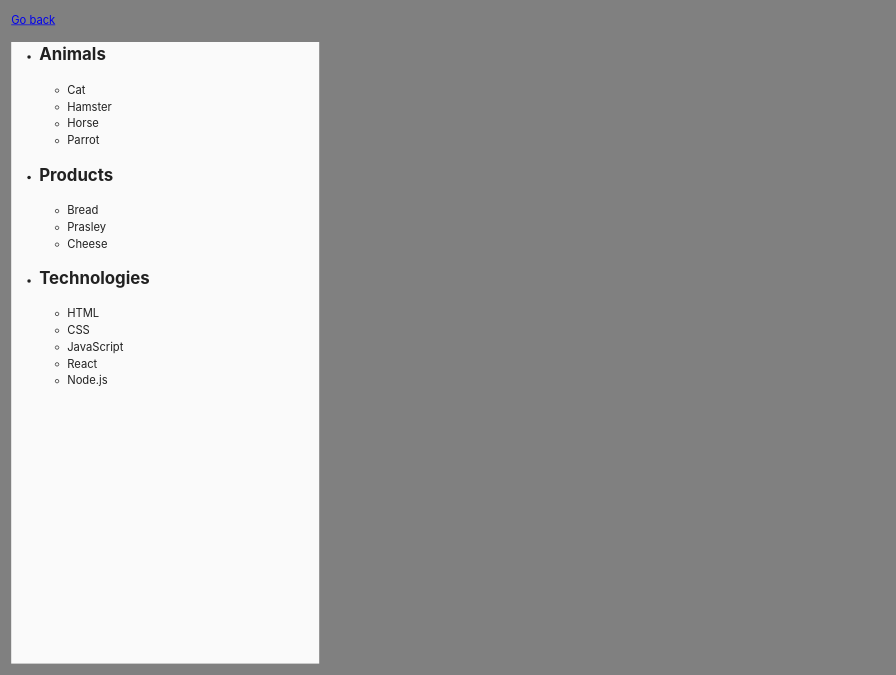
Repository: ViacheslavParfenenko/goit-js-hw-07
Page: task-1.html
An editor plug-in stored every save of this project. The page is shown before and after the next save, followed by the edit.
The browser window is 1280 px wide. The pictures show the part of the page from y = 0 to 1920 px (the page is 964 px tall before and 2764 px after), at 70% of full size.

Above is the page before, as saved 2024-07-09 16:51:40.

After the next save:
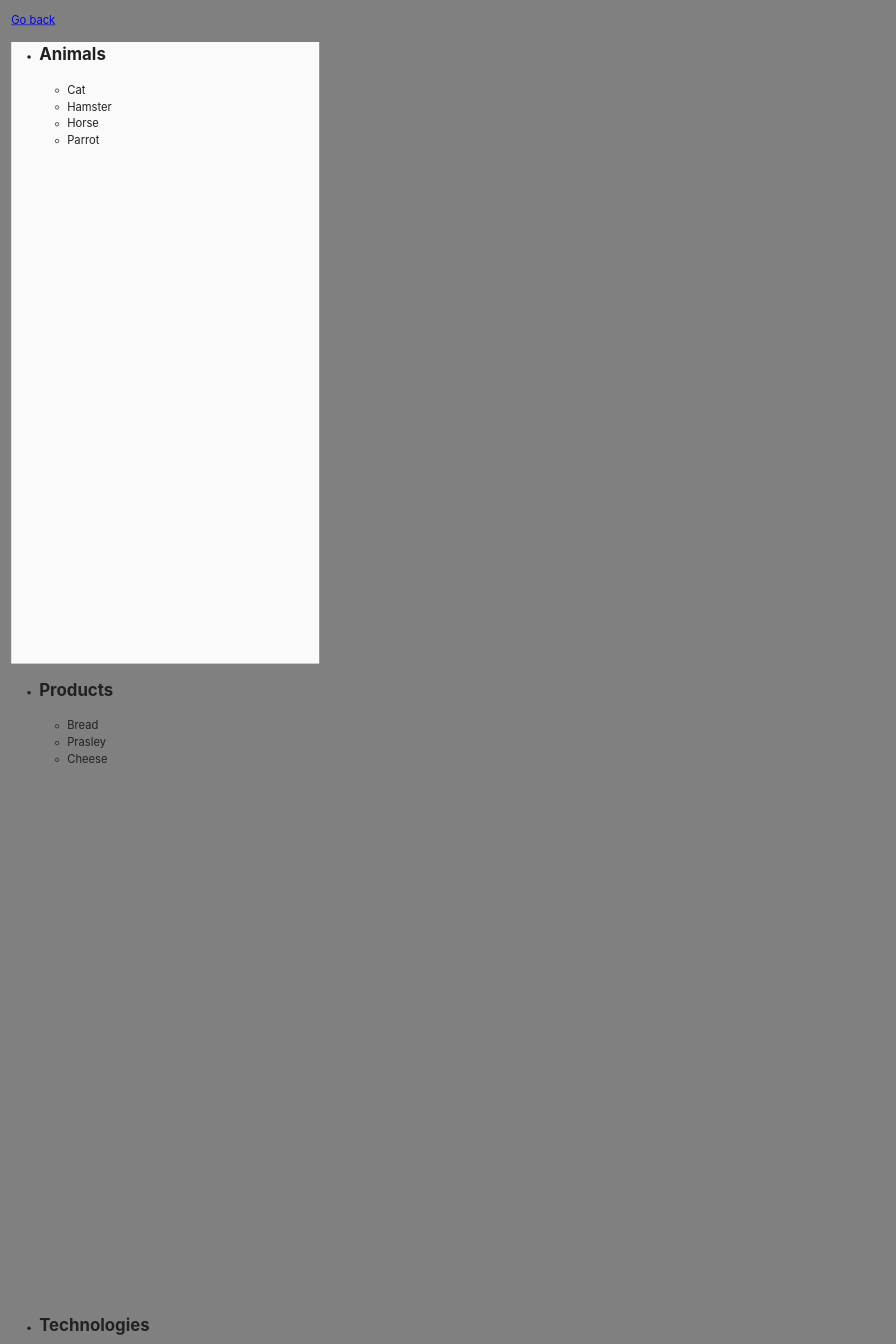
Saved 51 s later.
--- a/css/common.css
+++ b/css/common.css
@@ -22,5 +22,7 @@
 }
 
 .item {
-
+  flex: auto;
+   width: 392;
+   height: 100%;
 }

After the save that followed:
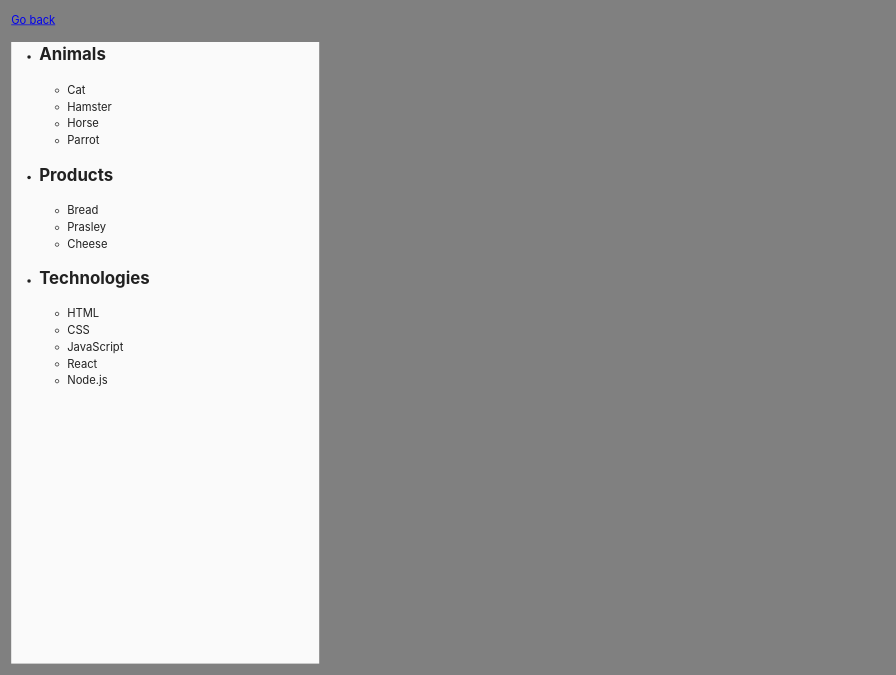
Saved 33 s later.
--- a/css/common.css
+++ b/css/common.css
@@ -24,5 +24,5 @@
 .item {
   flex: auto;
    width: 392;
-   height: 100%;
+   height: ;
 }
